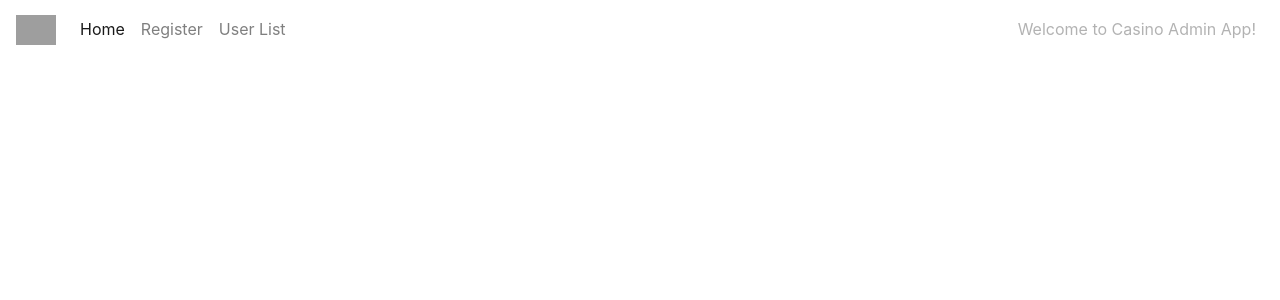
Repository: piyushrulesyou/CasinoGameApplication
Page: http://localhost/adminPanel/
These files come from the project's save history. The page is drawn as it stood at one moment and after the next save; the edit follows.
The browser window is 1280 px wide. The pictures show the whole page.
Pictures or frames that could not be fetched are drawn as grey boxes. The page is served by Tomcat 9. Nobody is signed in. The application's start-up code is not run.

Above is the page before, as saved 2019-10-31 11:05:51.

After the next save:
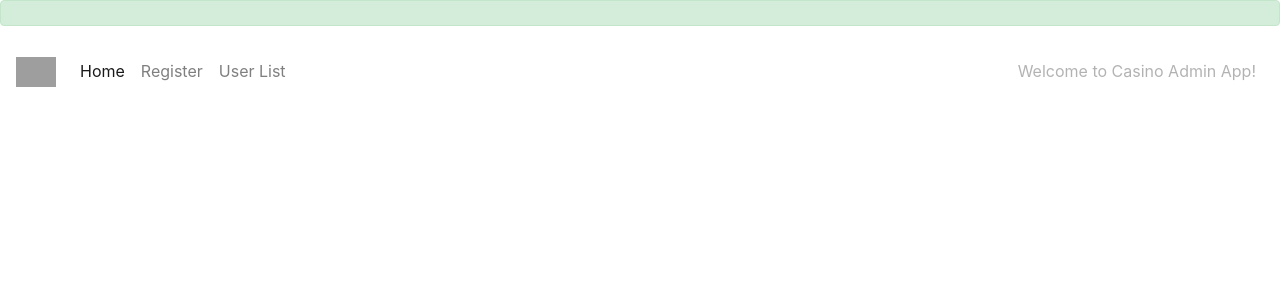
Saved 20 s later.
--- a/AdminPanel/adminPanel/src/main/webapp/index.jsp
+++ b/AdminPanel/adminPanel/src/main/webapp/index.jsp
@@ -23,9 +23,9 @@
 	<!-- 	background="https://images.fineartamerica.com/images/artworkimages/mediumlarge/2/collection-of-las-vegas-casino-chips-1-aloha-art.jpg"> -->
 
 
-	<c:if test="${successMessage} != null">
+<%-- 	<c:if test="${successMessage} != null"> --%>
 		<div class="alert alert-success">${successMessage}</div>
-	</c:if>
+<%-- 	</c:if> --%>
 
 
 	<!-- 	<nav class="navbar navbar-expand-sm bg-dark navbar-dark"> -->

After the save that followed:
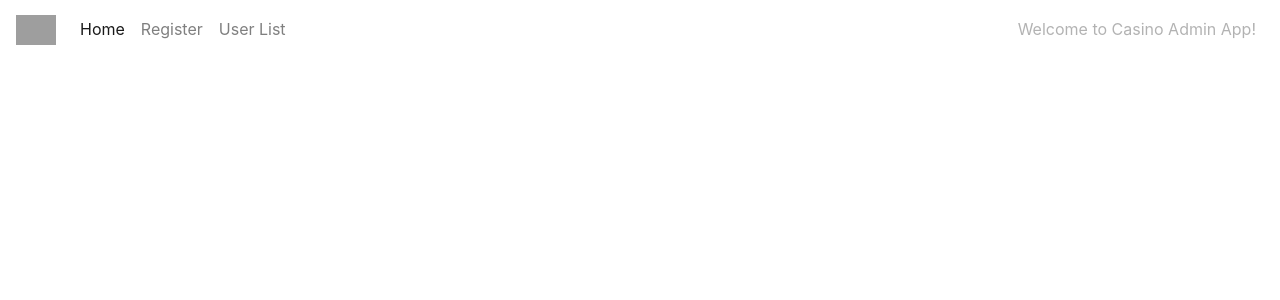
Saved 30 s later.
--- a/AdminPanel/adminPanel/src/main/webapp/index.jsp
+++ b/AdminPanel/adminPanel/src/main/webapp/index.jsp
@@ -23,9 +23,9 @@
 	<!-- 	background="https://images.fineartamerica.com/images/artworkimages/mediumlarge/2/collection-of-las-vegas-casino-chips-1-aloha-art.jpg"> -->
 
 
-<%-- 	<c:if test="${successMessage} != null"> --%>
+	<c:if test="${successMessage} != null">
 		<div class="alert alert-success">${successMessage}</div>
-<%-- 	</c:if> --%>
+	</c:if>
 
 
 	<!-- 	<nav class="navbar navbar-expand-sm bg-dark navbar-dark"> -->
